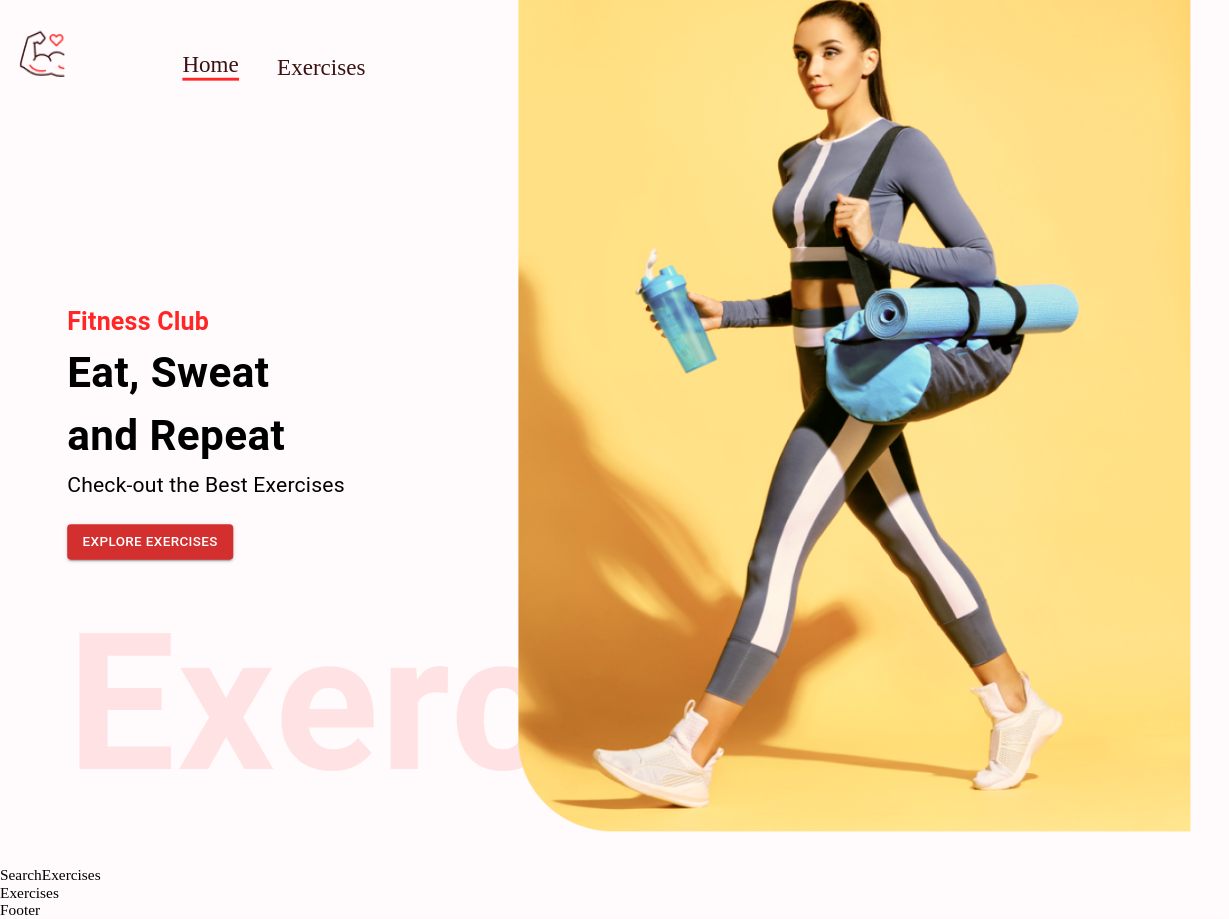
Repository: remydev47/fitness-center
Page: /
These files come from the project's save history. The page is drawn as it stood at one moment and after the next save; the edit follows.
The browser window is 1280 px wide. The pictures show the whole page, at 96% of full size.
The project was rebuilt for these pictures with package versions that can differ from the ones it lists, and the page was loaded fresh each time. Also part of the build but not shown: src/pages/ExerciseDetail.js.

Above is the page before, as saved 2022-07-26 00:41:29.

### src/index.js
import React from 'react'
import ReactDOM from  'react-dom'
import { BrowserRouter } from 'react-router-dom'

import App from './App'

const root = ReactDOM.createRoot(document.getElementById('root'))

root.render(
    <BrowserRouter>
      <App/>
    </BrowserRouter>
)

### src/App.js
import React from 'react'
import { Route, Routes } from 'react-router-dom';
import { Box } from '@mui/material'

import './App.css'
import Navbar from './components/Navbar';
import Footer from './components/Footer'
import Home from './pages/Home';
import ExerciseDetail from './pages/ExerciseDetail';

const App = () => {
  return (
    <Box>
      <Navbar />
      <Routes>
        <Route path="/"  element={<Home />}/>
        <Route path="/exercise/:id"  element={<ExerciseDetail />}/>
      </Routes>
      <Footer />
    </Box>
  )
}

export default App

### src/components/Navbar.js
import React from 'react'
import { Link } from 'react-router-dom';
import { Stack } from '@mui/material'
import Logo from '../assets/images/Logo.png'

const Navbar = () => {
  return (
    <Stack
     direction="row"
     justifyContent="space-around"
     sx={{ gap: { sm: '122px', xs: '40px'}, mt: { sm: '32px', xs:'20px'}, justifyContent: 'none'}}
     px="20px"
    >
        <Link to="/">
            <img
               src={Logo}
               alt="logo"
               style={{
                width:'48px',
                height:'48px',
                margin: '0, 20px'
               }}
            />
        </Link>
        <Stack
            direction="row"
            gap="40px"
            fontSize="24px"
            alignItems="flex-end"
        >
            <Link to="/" style={{
                textDecoration:"none",
                color:"#3A1212",
                borderBottom: '3px solid #FF2625'
            }}
            >
                Home
            </Link>
            <a href="#exercises" style={{ textDecoration:"none", color:"#3A1212"}}>Exercises</a>
        </Stack>
    </Stack>
  )
}

export default Navbar

### src/pages/Home.js
import React, { useState } from 'react';
import { Box } from '@mui/material'
import HeaderBanner from '../components/HeaderBanner';
import SearchExercises from '../components/SearchExercises';
import Exercises from '../components/Exercises';

const Home = () => {
  return (
    <Box>
        <HeaderBanner />
        <SearchExercises />
        <Exercises />
    </Box>
  )
}

export default Home

### src/components/HeaderBanner.js
import React from 'react';
import { Box, Stack, Typography, Button } from '@mui/material';
import HeroBannerImage from '../assets/images/banner.png';

const HeaderBanner = () => {
  return (
    <Box
      sx={{
        mt:{ lg: '212px', xs: '70px'},
        ml: { sm: '50px'}
      }}
      position="relative"
      p="20px"
    >
        <Typography
          color="#FF2625"
          fontSize="26px"
          fontWeight="600"
        >
            Fitness Club
        </Typography>
        <Typography
          fontWeight={700}
          sx={{
             fontSize: { lg:'44px', xs: '40px'}
          }}
        >
            Eat, Sweat <br/>and Repeat
        </Typography>
        <Typography
         fontSize="22px"
         lineHeight="35px"
         mb={3}
        >
            Check-out the Best Exercises
        </Typography>
        <Button
          variant="contained"
          color="error"
          href="#exercises"
        >
            Explore Exercises
        </Button>
        <Typography
          fontWeight={600}
          color="#ff2625"
          sx={{
            opacity: '0.1',
            display: { lg: 'block', xs: 'none'}
          }}
          fontSize="200px"
        >
            Exercises
        </Typography>
        <img
          src={HeroBannerImage}
          alt="banner"
          className='hero-banner-img'
        />
    </Box>
  )
}

export default HeaderBanner

Loaded but not shown: public/index.html (common file); src/App.css (common file); src/components/Footer.js (common file); src/components/SearchExercises.js (common file); src/components/Exercises.js (common file)

After the next save:
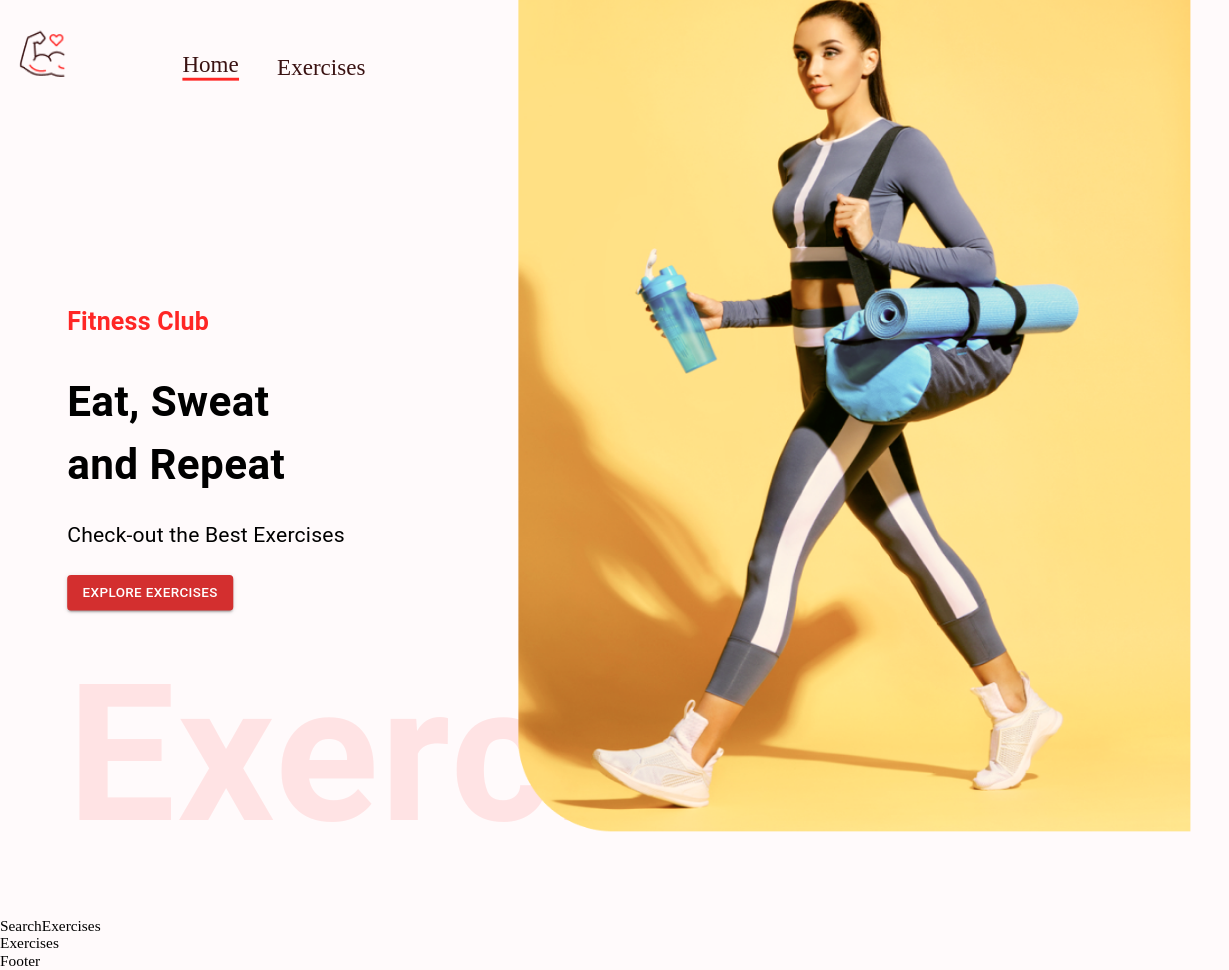
Saved 43 s later.
--- a/src/components/HeaderBanner.js
+++ b/src/components/HeaderBanner.js
@@ -24,6 +24,8 @@ const HeaderBanner = () => {
           sx={{
              fontSize: { lg:'44px', xs: '40px'}
           }}
+          mb="23px"
+          mt="30px"
         >
             Eat, Sweat <br/>and Repeat
         </Typography>
